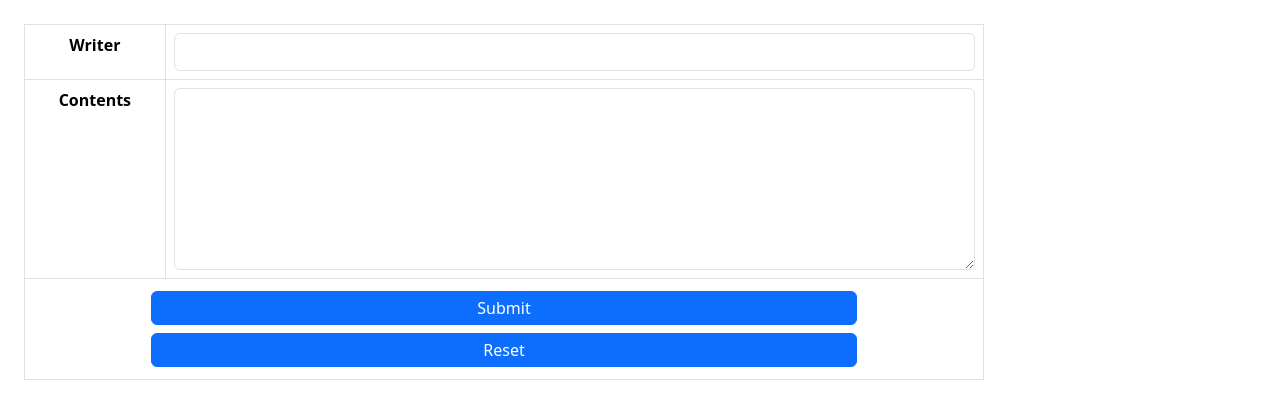
Repository: tomaters/servlets-JSP
Page: jsptest/src/main/webapp/bbs/write2.html
These files come from the project's save history. The page is drawn as it stood at one moment and after the next save; the edit follows.
The browser window is 1280 px wide. The pictures show the whole page.

Above is the page before, as saved 2023-11-29 05:58:41.

After the next save:
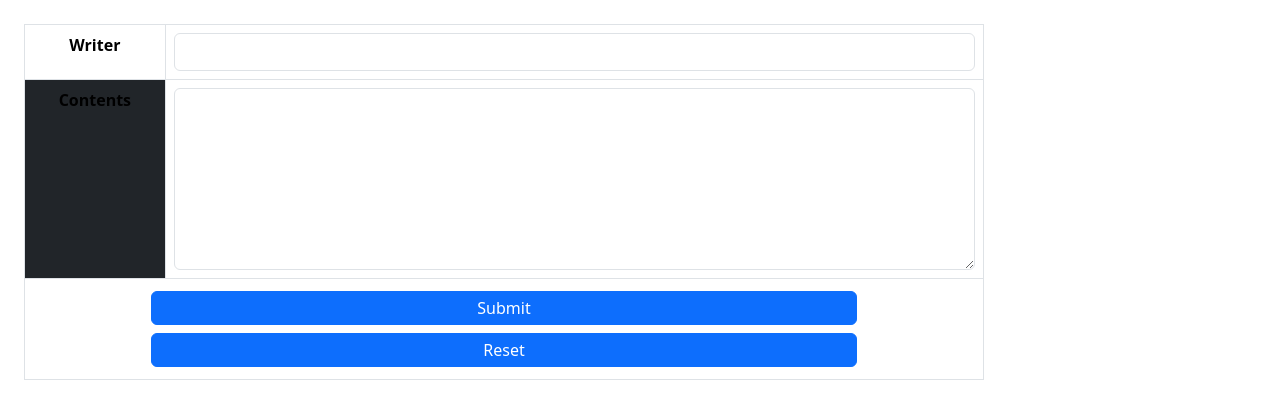
Saved 20 s later.
--- a/jsptest/src/main/webapp/bbs/write2.html
+++ b/jsptest/src/main/webapp/bbs/write2.html
@@ -16,8 +16,8 @@
         			<input type="text" name="writer" class="form-control">
         		</td>
         	</tr>
-        <tr class="bg-dark">
-        	<th class="text-center">Contents</th>
+        <tr>
+        	<th class="text-center bg-dark">Contents</th>
         	<td>
           		<textarea rows="7" cols="50" name="memo" class="form-control"></textarea>
          	</td>

After the save that followed:
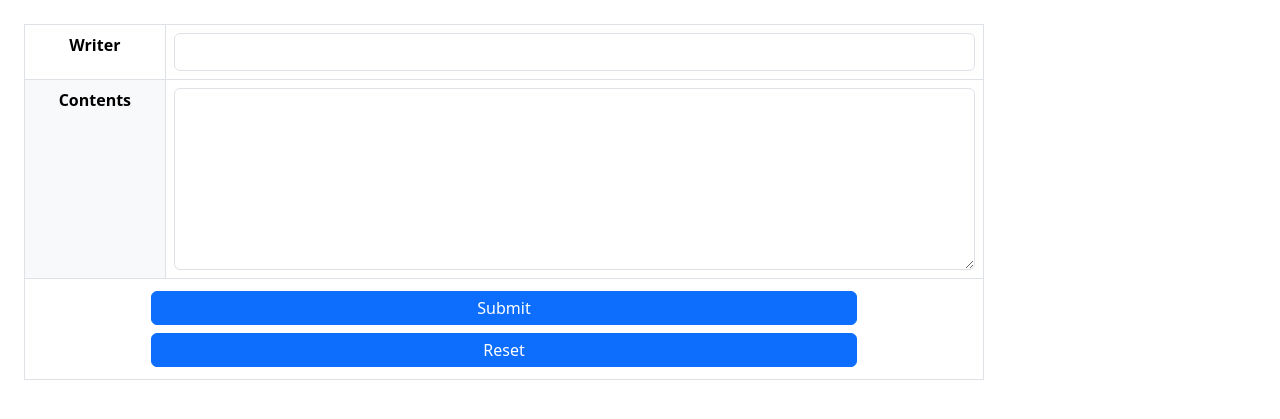
Saved 5 s later.
--- a/jsptest/src/main/webapp/bbs/write2.html
+++ b/jsptest/src/main/webapp/bbs/write2.html
@@ -17,7 +17,7 @@
         		</td>
         	</tr>
         <tr>
-        	<th class="text-center bg-dark">Contents</th>
+        	<th class="text-center bg-light">Contents</th>
         	<td>
           		<textarea rows="7" cols="50" name="memo" class="form-control"></textarea>
          	</td>
